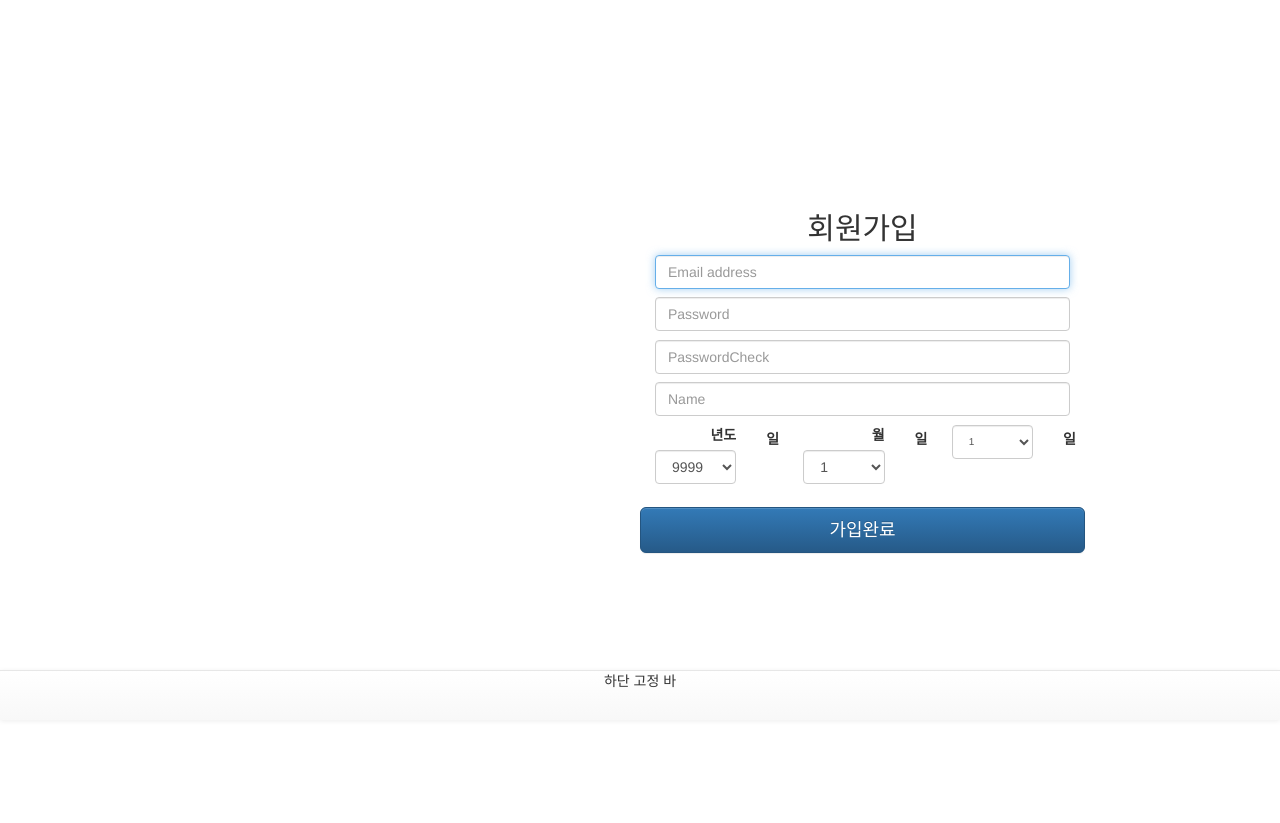
Repository: hrhwbp/Acorn-Final-Project
Page: http://localhost/final_project/index.jsp
An editor plug-in stored every save of this project. The page is shown before and after the next save, followed by the edit.
The browser window is 1280 px wide. The pictures show the whole page.
Some web libraries are served in a nearby version. The page is served by Tomcat 9. Nobody is signed in. The application's start-up code is not run. Other server files are loaded and not shown.

Above is the page before, as saved 2016-10-26 07:13:10.

### final_project/src/main/webapp/index.jsp
<%@ page language="java" contentType="text/html; charset=UTF-8"
	pageEncoding="UTF-8"%>
<!DOCTYPE html">
<html>
<head>
<meta http-equiv="Content-Type" content="text/html; charset=UTF-8">
<title>REMIND</title>
<!-- 합쳐지고 최소화된 최신 CSS -->
<link rel="stylesheet"
	href="https://maxcdn.bootstrapcdn.com/bootstrap/3.3.2/css/bootstrap.min.css">
<!-- 부가적인 테마 -->
<link rel="stylesheet"
	href="https://maxcdn.bootstrapcdn.com/bootstrap/3.3.2/css/bootstrap-theme.min.css">
<style type="text/css">
.top_pd {
	padding-top: 2%;
}

.bottom_pd {
	padding-bottom: 2%;
}

.main_pd {
	padding-top: 15%;
	padding-bottom: 20%;
}

.lbl_pd{
	padding-top: 3%
}
</style>
<!-- 합쳐지고 최소화된 최신 자바스크립트 -->
<script
	src="https://ajax.googleapis.com/ajax/libs/jquery/3.1.1/jquery.min.js"></script>
<script
	src="https://maxcdn.bootstrapcdn.com/bootstrap/3.3.2/js/bootstrap.min.js"></script>
</head>
<body class="center-block()">
	<div class="container main_pd">
		<div class="container col-md-5 col-md-offset-1"></div>
		<div class="container col-md-5">
			<div class="row col-md-12 hide">
				<form class="form-signin">
					<h2 class="form-signin-heading text-center">로그인</h2>
					<div class="row">
						<label for="inputEmail" class="sr-only">Email address</label> <input
							type="email" id="inputEmail" class="form-control"
							placeholder="Email address" required autofocus>
					</div>
					<div class="row top_pd bottom_pd">
						<label for="inputPassword" class="sr-only">Password</label> <input
							type="password" id="inputPassword" class="form-control"
							placeholder="Password" required>
					</div>

					<button class="btn btn-lg btn-primary btn-block" type="submit">로그인</button>
				</form>
				<button class="btn btn-lg btn-primary btn-block" type="button">회원가입</button>
			</div>
			<div class="row col-md-12">
				<form class="form-signin">
					<h2 class="form-signin-heading text-center">회원가입</h2>
					<div class="row-md-12">
						<label for="inputEmail" class="sr-only">Email address</label> <input
							type="email" id="inputEmail" class="form-control"
							placeholder="Email address" required autofocus>
					</div>
					<div class="row-md-12 top_pd">
						<label for="inputPassword" class="sr-only">Password</label> <input
							type="password" id="inputPassword" class="form-control"
							placeholder="Password" required>
					</div>
					<div class="row-md-12 top_pd">
						<label for="passwordCheck" class="sr-only">PasswordCheck</label> <input
							type="password" id="passwordCheck" class="form-control"
							placeholder="PasswordCheck" required>
					</div>
					<div class="row-md-12 top_pd">
						<label for="inputName" class="sr-only">Name</label> <input
							type="text" class="form-control" id="inputName"
							placeholder="Name" required>
					</div>
					<div class="row form-group">
					<div class="col-md-3 top_pd text-right">
						<label class="">년도</label>
						<select class="form-control">
							<option>9999</option>
							<option>2</option>
							<option>3</option>
							<option>4</option>
							<option>1115</option>
						</select>
					</div>
					<div class="col-md-1 lbl_pd text-center">
						<label class="" for="ss">일</label>
					</div>
					<div class="col-md-3 top_pd text-right">
						<label class="">월</label>
						<select class="form-control">
							<option>1</option>
							<option>2</option>
							<option>3</option>
							<option>4</option>
							<option>10</option>
						</select>
					</div>
					<div class="col-md-1 lbl_pd text-center">
						<label class="" for="ss">일</label>
					</div>
					<div class="col-md-3 top_pd text-right">

						<select id="ss" class="form-control" style="font-size: 10px">
							<option>1</option>
							<option>2</option>
							<option>3</option>
							<option>4</option>
							<option>10</option>
						</select>
					</div>
					<div class="col-md-1 lbl_pd text-center">
						<label class="" for="ss">일</label>
					</div>
					</div>
					<div class="row top_pd">
						<button class="btn btn-lg btn-primary btn-block" type="submit">가입완료</button>
					</div>

				</form>

			</div>
		</div>
	</div>
	<%@include file="bottom.jsp"%>
</body>
</html>

### final_project/src/main/webapp/bottom.jsp
<%@ page language="java" contentType="text/html; charset=UTF-8"
    pageEncoding="UTF-8"%>
<!DOCTYPE html PUBLIC "-//W3C//DTD HTML 4.01 Transitional//EN" "http://www.w3.org/TR/html4/loose.dtd">
<html>
<head>
<meta http-equiv="Content-Type" content="text/html; charset=UTF-8">
<title>Insert title here</title>
</head>
<body>
<nav class="navbar navbar-default navbar-fixed-bottom">
  <div class="container">
  	<div class="row text-center">
  	 	하단 고정 바
  	</div>
  </div>
</nav>
</body>
</html>

After the next save:
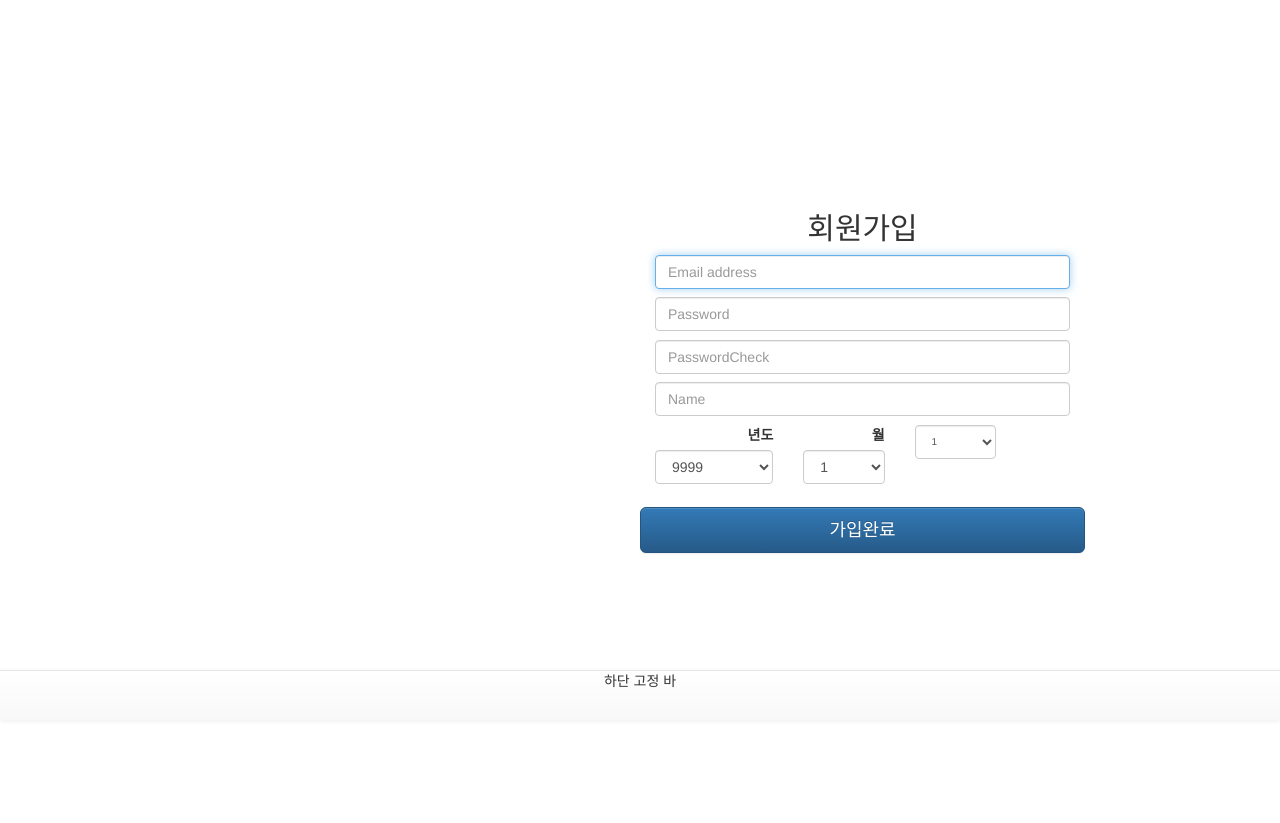
Saved 25 s later.
--- a/final_project/src/main/webapp/index.jsp
+++ b/final_project/src/main/webapp/index.jsp
@@ -81,7 +81,7 @@
 							placeholder="Name" required>
 					</div>
 					<div class="row form-group">
-					<div class="col-md-3 top_pd text-right">
+					<div class="col-md-4 top_pd text-right">
 						<label class="">년도</label>
 						<select class="form-control">
 							<option>9999</option>
@@ -91,9 +91,7 @@
 							<option>1115</option>
 						</select>
 					</div>
-					<div class="col-md-1 lbl_pd text-center">
-						<label class="" for="ss">일</label>
-					</div>
+
 					<div class="col-md-3 top_pd text-right">
 						<label class="">월</label>
 						<select class="form-control">
@@ -104,9 +102,7 @@
 							<option>10</option>
 						</select>
 					</div>
-					<div class="col-md-1 lbl_pd text-center">
-						<label class="" for="ss">일</label>
-					</div>
+
 					<div class="col-md-3 top_pd text-right">
 
 						<select id="ss" class="form-control" style="font-size: 10px">
@@ -118,7 +114,7 @@
 						</select>
 					</div>
 					<div class="col-md-1 lbl_pd text-center">
-						<label class="" for="ss">일</label>
+
 					</div>
 					</div>
 					<div class="row top_pd">
